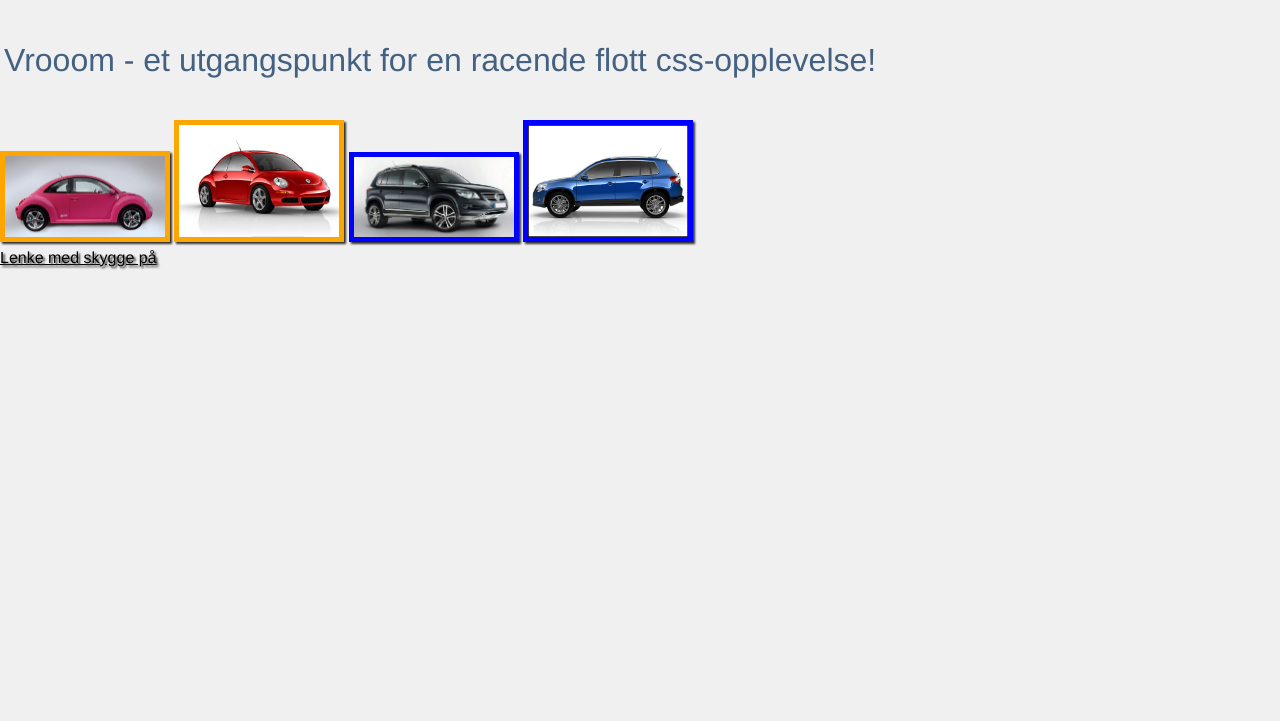
Repository: mesan/css-kurs
Page: kode/wroom/index.html
An editor plug-in stored every save of this project. The page is shown before and after the next save, followed by the edit.
The browser window is 1280 px wide. The pictures show the whole page.

Above is the page before, as saved 2013-01-21 21:01:30.

After the next save:
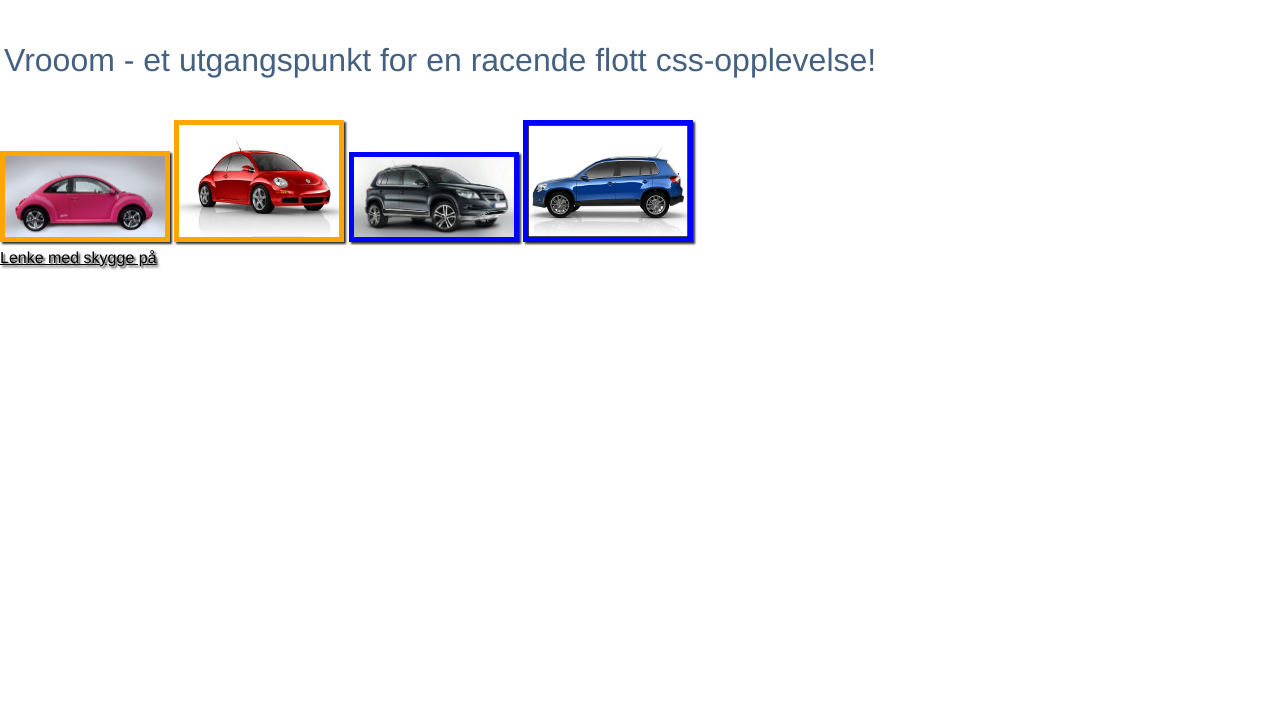
Saved 21 min 24 s later.
--- a/kode/wroom/styles/examples.css
+++ b/kode/wroom/styles/examples.css
@@ -4,7 +4,7 @@ html{
     min-height: 100%;
 }
 body {
-    background: #F0F0F0;
+    background: #FFFFFF;
     color: #444;
     font-family: Helvetica, Arial, sans-serif;
     font-size: 62.5%;
@@ -30,6 +30,12 @@ h3{ font-size: 1.500em; }
 p{
     font-size: 1em;
     line-height: 1.5;
+}
+.container{
+    background: #F0F0F0;
+}
+.container p{
+    color:#000000;
 }
 
 /***************
